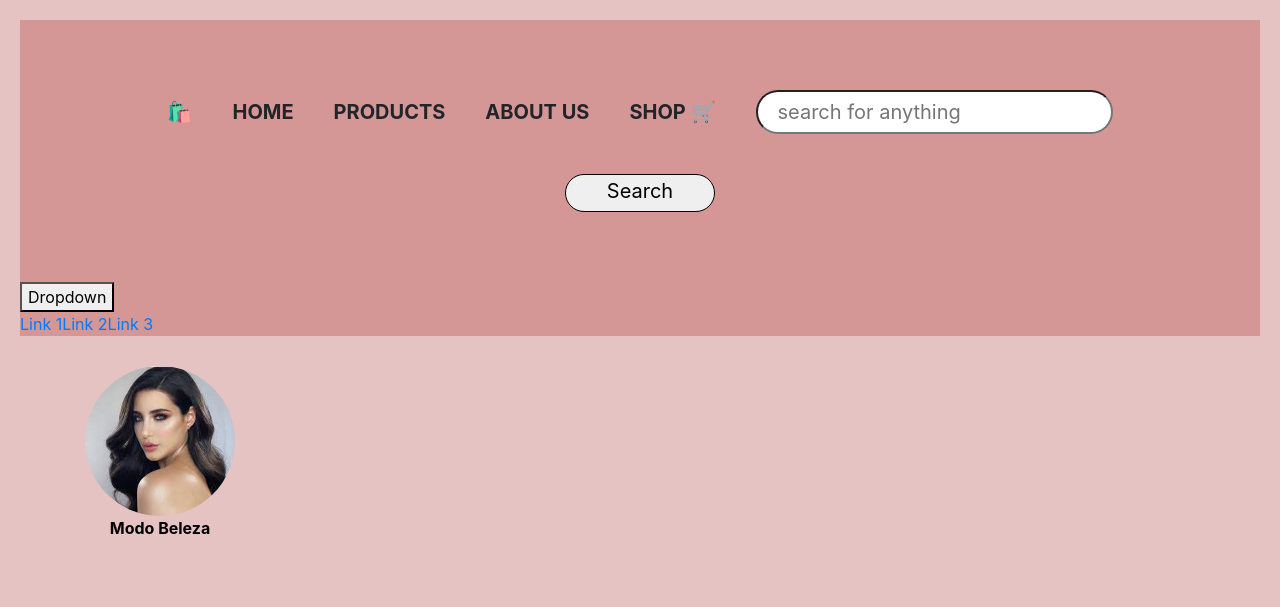
Repository: thf4/Project-Shop
Page: /
The author's editor kept a copy of each file at every save. The page is drawn from the files as they stood at one save, then again after the next save.
The browser window is 1280 px wide. The pictures show the whole page.
The project was rebuilt for these pictures with package versions that can differ from the ones it lists, and the page was loaded fresh each time.

Above is the page before, as saved 2021-04-22 13:29:11.

### src/index.js
import React from 'react';
import ReactDOM from 'react-dom';
import 'bootstrap/dist/css/bootstrap.min.css';
import App from './App'
import Exemplo from './Exemplo'

ReactDOM.render(
  <React.StrictMode>
   <App />
   <Exemplo />
  </React.StrictMode>,
  document.getElementById('root')
);

### src/App.js
/* eslint-disable jsx-a11y/anchor-is-valid */
import "./App.css";

function App() {
  return (
    <div className="App">
      <header className="App-header">
        <ul id="Lista">
          <li>🛍</li>
          <li> HOME </li>
          <li> PRODUCTS </li>
          <li> ABOUT US</li>
          <li> SHOP 🛒</li>
          <li>
            <input
              type="text"
              id="area-find"
              placeholder="search for anything"
            />
          </li>
          <li>
            <button id="button" for="input">
              Search
            </button>
          </li>
        </ul>
        <div className="dropbtn">
          <button className="dropbtn">Dropdown</button>
          <div className="dropdown-content">
            <a href="#">Link 1</a>
            <a href="#">Link 2</a>
            <a href="#">Link 3</a>
          </div>
        </div>
      </header>
    </div>
  );
}

export default App;

### src/App.css
.App{
  width: 100%;
  height: auto;
  padding: 20px;
}
body{
  background:#a0171741;
}


#Lista{
  list-style-type: none;
  margin: 0;

  font-weight: bold;
  text-align: center;
  padding: 50px 50px;
}
li{
 display: inline-block;
 font-size: 20px;
 padding: 20px;

}
li:hover{
  color: rgb(209, 9, 59);
}
#button{
  border-radius: 30px;
  border-style: groove;
  border-width: 1px;
  height: 35px;
  width: 150px;
  padding-bottom:35px;
}

#area-find{
  padding:20px;
  border-radius: 50px;
  height: 40px;
  width: 100%;
}
#button:hover{
  border-style: hidden;
}
.App-header{

  background-color: #a0171741;
}
.drobtn{
  background-color: #a0171741;
  color: #a0171741;
}

### src/Exemplo.css
.foto-banner{
width: 320px;
padding: 10px;
border: 5px;
margin: 0;
text-align: center;
}
.foto{
  width: 150px;
  border-radius: 120px;
  border-style: hidden  ;

}
.link{
  font-weight: bold;
  color: black;
}

Loaded but not shown: public/index.html (common file); src/Exemplo.js (library)

After the next save:
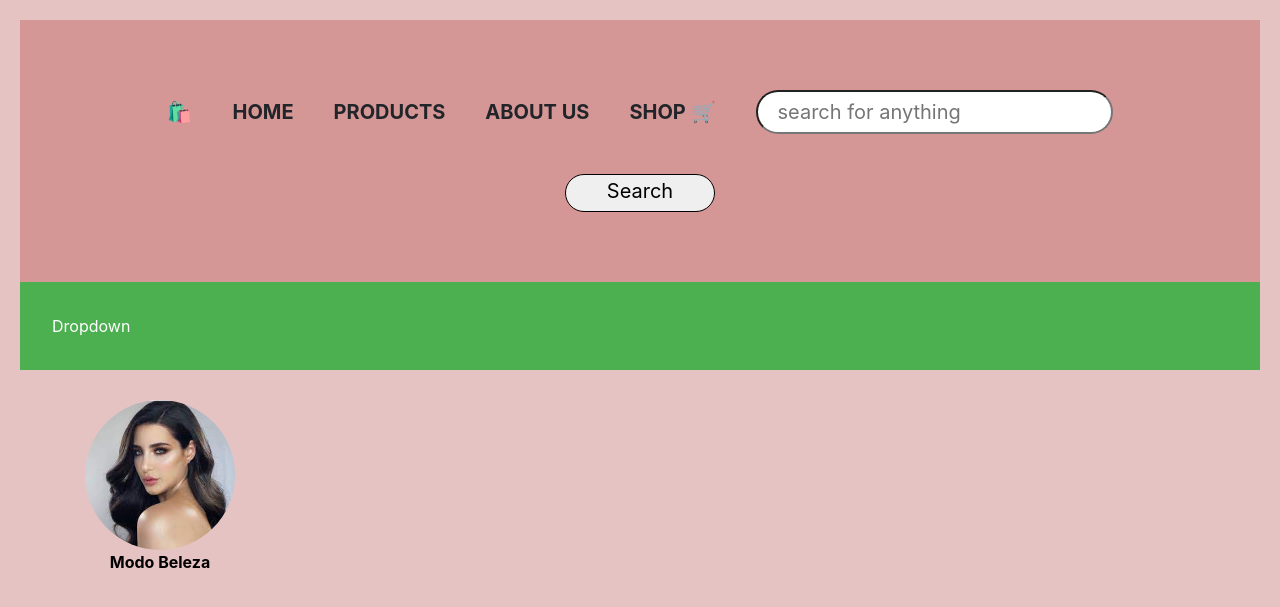
Saved 39 s later.
--- a/src/App.css
+++ b/src/App.css
@@ -47,7 +47,42 @@ li:hover{
 
   background-color: #a0171741;
 }
-.drobtn{
-  background-color: #a0171741;
-  color: #a0171741;
+.dropbtn {
+  background-color: #4CAF50;
+  color: white;
+  padding: 16px;
+  font-size: 16px;
+  border: none;
+  cursor: pointer;
 }
+
+.dropdown {
+  position: relative;
+  display: inline-block;
+}
+
+.dropdown-content {
+  display: none;
+  position: absolute;
+  background-color: #f9f9f9;
+  min-width: 160px;
+  box-shadow: 0px 8px 16px 0px rgba(0,0,0,0.2);
+  z-index: 1;
+}
+
+.dropdown-content a {
+  color: black;
+  padding: 12px 16px;
+  text-decoration: none;
+  display: block;
+}
+
+.dropdown-content a:hover {background-color: #f1f1f1}
+
+.dropdown:hover .dropdown-content {
+  display: block;
+}
+
+.dropdown:hover .dropbtn {
+  background-color: #3e8e41;
+}
